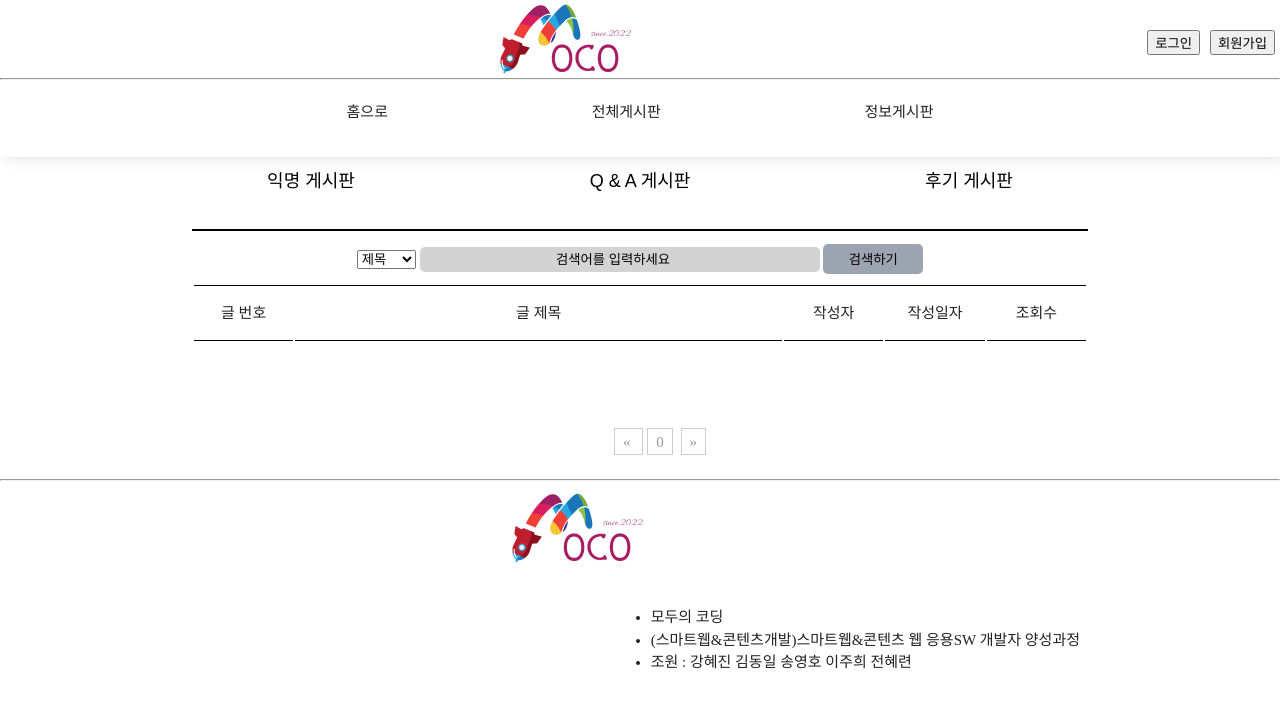
Repository: Pmyjava/mocosemi
Page: http://localhost/moco_SemiProject/WEB-INF/views/board/boardListQNA.jsp
An editor plug-in stored every save of this project. The page is shown before and after the next save, followed by the edit.
The browser window is 1280 px wide. The pictures show the whole page.
The page is served by Tomcat 9. Nobody is signed in. Other server files are loaded and not shown. The template is opened directly, without the code that normally fills it, so the values that code supplies are empty.

Above is the page before, as saved 2022-11-23 05:46:32.
Console error: SyntaxError: Unexpected token ';'

### Semi_project2/moco_SemiProject/src/main/webapp/WEB-INF/views/board/boardListQNA.jsp
<%@ page language="java" contentType="text/html; charset=UTF-8"
    pageEncoding="UTF-8"%>
<%@ taglib prefix="c" uri="http://java.sun.com/jsp/jstl/core" %>
<!DOCTYPE html>
<html lang="en">
<head>
    <meta charset="UTF-8">
    <meta http-equiv="X-UA-Compatible" content="IE=edge">
    <meta name="viewport" content="width=device-width, initial-scale=1.0">
    <title>게시판</title>
    <style>
        .table{margin: auto;}
        .table td{width: 100px; text-align: center; height: 50px;}
        .table th{width: 150px; text-align: center; width: 325px;}
        #BoardListT{border-top: 2px solid black; width: 70%; }
        #BoardListT td{border-bottom: 1.5px solid black; width: 100px; height: 50px;}
        #BoardListT th{width: 150px; text-align: center; width: 325px;}

        .BoardList button{border: none;}
        #unknown{background-color: white; font-size: 18px; font-weight: 400;}
        #qNa{background-color: white; font-size: 18px; font-weight: 400;}
        #review{background-color: white; font-size: 18px; font-weight: 400;}
        #boardWrite{border: none; background-color: rgba(149, 156, 171, 0.925); color: black; border-radius: 10px;
                    height: 35px; width: 150px; text-align:center;
        }
        #boardWrite:hover{background-color: darkblue; color: white;}

        #searchText{border: none; width: 400px; height: 25px; border-radius: 5px; background-color: lightgray;}
        #searchText::placeholder{text-align: center; color: black;}

        #searchBtn{width: 100px; height: 30px; border: none; border-radius: 5px; background-color: rgba(149, 156, 171, 0.925);}
        #searchBtn:hover{background-color: darkblue; color: white;}

        #number{text-align: center;}
        #header{border: 1px solid black;}
        #footD{border: 1px solid black;}

        .pagination li {
		  display: inline;
		  text-align: center;
		  }

        .page{padding-top:25px; text-align:center;}
    	.page {padding:3px; MARGIN:3px; TEXT-ALIGN: center}
    	.page A {padding:5px 8px 4px 8px; MARGIN: 2px; BORDER: #ccc 1px solid; COLOR: #999; TEXT-DECORATION: none}
    	.page A:hover {BORDER:#999 1px solid; COLOR: #666;}
    	.page A:active {BORDER:#999 1px solid; COLOR: #666;}
    	.page .current {BORDER: #117bff 1px solid; padding:5px 8px 4px 8px; FONT-WEIGHT: bold; MARGIN: 2px; COLOR: #036cb4;}
    	.page .disabled {BORDER: #eee 1px solid; padding:5px 8px 4px 8px; MARGIN: 2px; COLOR: #ddd;}
    </style>
</head>
<body>
	<header>
    	<jsp:include page="/WEB-INF/views/main/nav.jsp"/>
    </header>
    <br><br><br><br><br><br>
    <hr>
        <div class="BoardList">
        <table class="table" id="CategoryT">
            <tr style="height: 50px;">
            <c:if test="${ !empty loginUser }">
	            <th>
	                <button type="button" id="boardWrite"
	                  onclick="location.href='${contextPath}/boardWrite.bo'">
	                  + &emsp;게시글 작성
	                  </button>
               	</th>
	         </c:if>
	            <th><button type="button" id="unknown" onclick="location.href='${contextPath}/boardUnKnown.bo'"> 익명 게시판</button></th>
	            <th><button type="button" id="qNa" onclick="location.href='${contextPath}/boardQNA.bo'"> Q & A 게시판</button></th>
	            <th><button type="button" id="review" onclick="location.href='${contextPath}/boardReview.bo'"> 후기 게시판</button></th>
            </tr>
        </table>
        <br>
        <table class="table" id="BoardListT">
            <tr style="height: 50px;">
                <td colspan="5">
                	<select>
                		<option value="title">제목</option>
                		<option value="contect">내용</option>
                		<option value="writer">작성자</option>
                	</select>
                    <input type="search" id="searchText" name="searchName" placeholder="검색어를 입력하세요">
                    <button type="button" id="searchBtn">검색하기</button>
                </td>
            </tr>
            <tr>
                <td>글 번호</td>
                <td style="width: 500px;">글 제목</td>
                <td>작성자</td>
                <td>작성일자</td>
                <td>조회수</td>
            </tr>
             <tbody id="selectTbody">
	         	<c:forEach items="${ list }" var="b">
		          			<tr>
		            			<td>${ b.boardNum }</td>
		            			<td>${ b.boardTitle }</td>
		            			<td>${ b.nickName }</td>
				                <td>${ b.boardModifyDate }</td>
				                <td>${ b.boardView }</td>
		          			</tr>
		          </c:forEach>
	          </tbody>
        </table>
    </div>
    <br><br><br>
<div class="page">
        	<ul class="pagination">
	            <li class="page-item">
	            	<c:url var="goBack" value="${ loc }">
	            	<c:if test="${pi.currentPage>0 }">
	            			<c:param name="page" value="${ pi.currentPage-1 }"></c:param>
	            	</c:if>
	            	</c:url>
	            	<a class="page-link" href="${ goBack }" aria-label="Previous">
	            		<span aria-hidden="true">&laquo;</span>
	              	</a>
	            </li>
	            <c:forEach begin="${ pi.startPage }" end="${ pi.endPage }" var="p">
	            	<c:url var="goNum" value="${ loc }">
	            		<c:param name="page" value="${ p }"></c:param>
	            	</c:url>
		            <li class="page-item"><a class="page-link" href="${ goNum }">${ p }</a></li>
	            </c:forEach>
	            <li class="page-item">
            	    <c:url var="goNext" value="${ loc }">
            	    	<c:if test="${pi.endPage > pi.currentPage }">
            	    		<c:param name="page" value="${ pi.currentPage+1 }"></c:param>
            	    	</c:if>
	            	</c:url>
	            	<a class="page-link" href="${ goNext }" aria-label="Next">
	            		<span aria-hidden="true">&raquo;</span>
	            	</a>
	            </li>
	    	</ul>
	    </div>
	    <hr>
	    <footer>
	    	<jsp:include page="/WEB-INF/views/main/footer.jsp"/>
	    </footer>
	<script>
		window.onload = () =>{
			const tbody = document.querySelector('tbody');
			const tds = tbody.querySelectorAll('td');
			for(const td of tds){
				td.addEventListener('click', function(){
					const trTds = this.parentElement.querySelectorAll('td');
					const boardId = trTds[0].innerText;
					const writer = trTds[2].innerText;
					location.href='${contextPath}/selectBoard.bo?bId=' + boardId + '&writer=' + writer + '&page=' + ${pi.currentPage};
				});
			}
		}
	</script>
</body>
</html>

### Semi_project2/moco_SemiProject/src/main/webapp/WEB-INF/views/main/nav.jsp
<%@ page language="java" contentType="text/html; charset=UTF-8"
    pageEncoding="UTF-8"%>
<%@ taglib prefix="c" uri="http://java.sun.com/jsp/jstl/core" %>

<!DOCTYPE html>
<html lang="ko">
<head>
    <meta charset="UTF-8">
    <meta http-equiv="X-UA-Compatible" content="IE=edge">
    <meta name="viewport" content="width=device-width, initial-scale=1.0">
    <title>nav</title>
    <style>
    	body {
			    margin: 0;
			    color: #222;
			    line-height: 1.5em;
			    font-size: 15px;
			    background-color: white;
			    font-weight: 300;
			}

		header {
			    font-weight: normal;
			    background: white;
			    box-shadow: 5px 0 15px rgba(0, 0, 0, 0.15);
			    width: 100%;
			    position: fixed;
			      top: 0;
			 	 left: 0;
			 	 right: 0;
			 	z-index: 555;
			}
		.navlogin input{
				margin: 5px;
			}
		.navlogin p{
			margin-top: -100px;
			text-align: right;
		}
		#login{
				margin-top: 30px;
				float:right;
			}

		#enroll{
				margin-top: 30px;
				float:right;
			}

		nav {
			    /* border: 1px solid red; */
			    width: 100%;
			    margin: auto;
			}

		nav > div {
			    /* border: 1px solid #000; */
			    height: 70px;
			    line-height: 50px;
			}
		.gnb a {
			    text-decoration: none;
			    color: #222;
			}

		.gnb {
			    display: inline-block;
			    width: 100%;
			    text-align: center;
			}

		.gnb a {
			    margin: 100px;
			}
    </style>
</head>
<body>
	<c:set value="${ pageContext.servletContext.contextPath }" var="contextPath" scope="application"/>
        <!-- header 영역 -->
        <header>
            <!-- 상단 nav bar -->
            <nav>
            	<!-- 제목, 로그인 -->
            	<div style="text-align:center" class="navlogin">
            		<a href="${contextPath }">
            			<img src="resources/assets/moco.png" id="logo">
            		</a>
            		<!-- 로그인 아닐시 -->
            		<c:if test="${ empty loginUser }">
            			<input type="button" id = "enroll" onclick="location.href='${contextPath}/enrollView.me'" value="회원가입"/>
            			<input type="button" id = "login" onclick="location.href='${contextPath}/loginView.me'" value="로그인"/>
            		</c:if>
            		<!-- 로그인 일시 -->
            		<c:if test="${ !empty loginUser }">
            			<p>
            				${ loginUser.memberNickName }님 환영합니다.
            				<button type="button" onclick="location.href='${contextPath}/logout.me'">로그아웃</button>
            			</p>
            		</c:if>
            	</div>
            	<hr>
                <!-- 목차 -->
                <div class="gnb">
                    <a href="${contextPath }">홈으로</a>
                    <a href="${contextPath }/list.bo">전체게시판</a>
                    <a href="${contextPath }/infoList.in">정보게시판</a>
                    <!-- 로그인이 아닐시 -->
                    <c:if test="${ empty loginUser }">
                    	<a href="#" style="display:none">마이페이지</a>
                    </c:if>
                    <!-- 로그인 일시 -->
                     <c:if test="${ !empty loginUser }">
                     	<!-- 일반회원일시. -->
                     	<c:if test="${loginUser.memberIsAdmin eq 'Y'}">
                     		<a href="#">관리자페이지</a>
                     	</c:if>
                    	<!-- 관리자 회원일시. -->
                     	<c:if test="${loginUser.memberIsAdmin eq 'N'}">
                     		<a href="#">마이페이지</a>
                     	</c:if>
                    </c:if>
                </div>
            </nav>
        </header>
</body>
</html>

### Semi_project2/moco_SemiProject/src/main/webapp/WEB-INF/views/main/footer.jsp
<%@ page language="java" contentType="text/html; charset=UTF-8"
    pageEncoding="UTF-8"%>
<!DOCTYPE html>
<html>
<head>
<meta charset="UTF-8">
<title>footer</title>
<style>
	body {
	    margin: 0;
	    color: #222;
	    line-height: 1.5em;
	    font-size: 15px;
	    background-color: white;
	    font-weight: 300;
	}
	footer {
		width: 100%;
	}

	#footer_logo {
	    float: left;
	    margin : 0px 0px 0px 500px;
	}
	#footer_box #address {
	    float: right;
	    margin : 0px 200px 0px 0px;
	}
</style>
</head>
<body>
	<footer>
	<div id="footer_box">
        <div id="footer_logo">
            <img src="resources/assets/moco.png">
        </div>
        <div id="address">
            <ul>
                <li>모두의 코딩</li>
                <li>(스마트웹&콘텐츠개발)스마트웹&콘텐츠 웹 응용SW 개발자 양성과정</li>
                <li>조원 : 강혜진 김동일 송영호 이주희 전혜련 </li>
            </ul>
        </div>
    </div>
</footer>
</body>
</html>

After the next save:
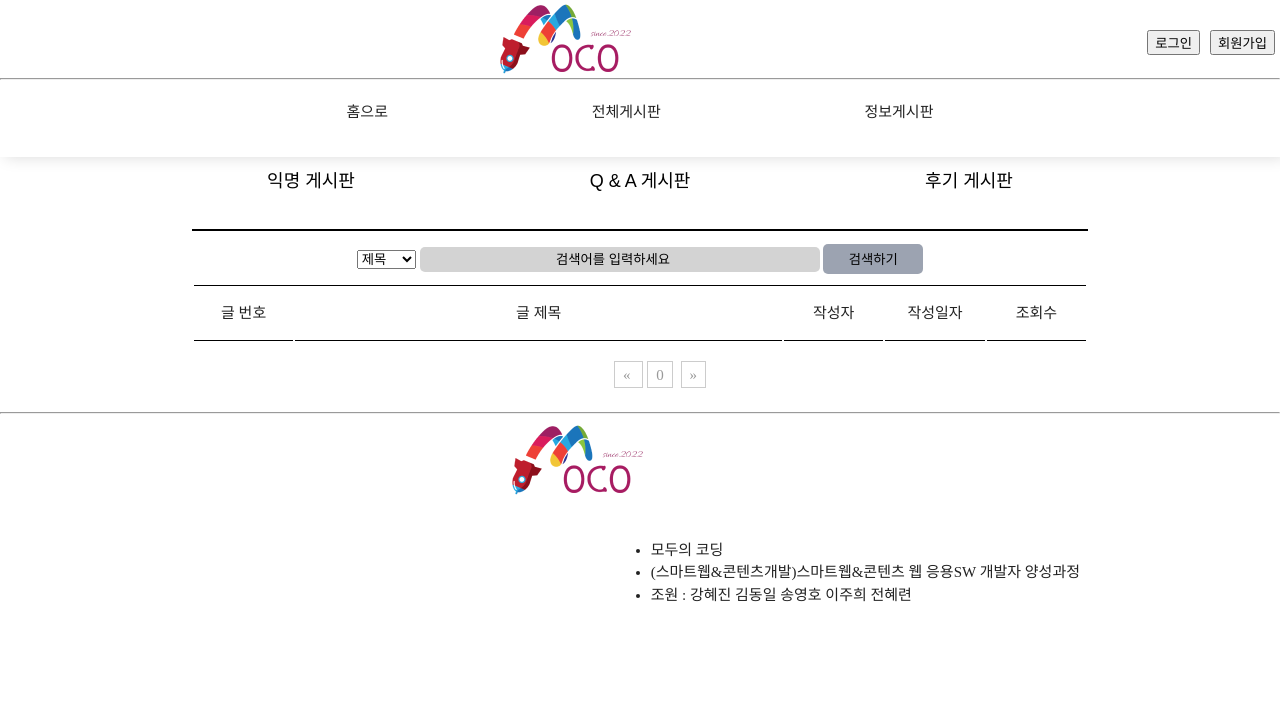
Saved 47 s later.
--- a/Semi_project2/moco_SemiProject/src/main/webapp/WEB-INF/views/board/boardListQNA.jsp
+++ b/Semi_project2/moco_SemiProject/src/main/webapp/WEB-INF/views/board/boardListQNA.jsp
@@ -104,7 +104,6 @@
 	          </tbody>
         </table>
     </div>
-    <br><br><br>
 <div class="page">
         	<ul class="pagination">
 	            <li class="page-item">
